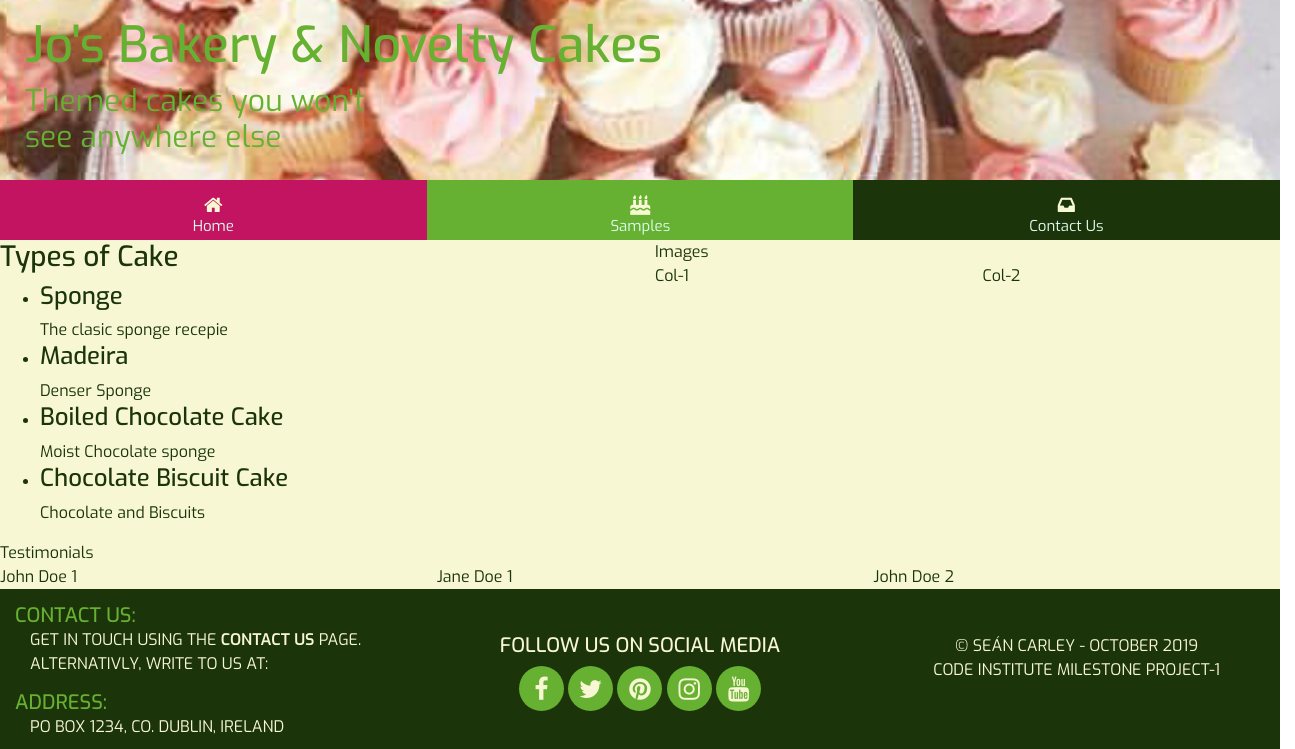
Repository: seanjcarley/Milestone1
Page: showcase.html
The author's editor kept a record of every edit. The page is drawn from the files as they stood at one moment, then again after the next edit.
The browser window is 1280 px wide. The page is 1295 px wide, so the pictures cover 1295 px, including what lies to the right of the window. The pictures show the whole page.

Above is the page before.

### showcase.html
<!DOCTYPE html>
<html lang="en">

<head>
    <meta charset="UTF-8">
    <meta name="viewport" content="width=device-width, initial-scale=1.0">
    <meta http-equiv="X-UA-Compatible" content="ie=edge">
    <link rel="stylesheet" href="https://stackpath.bootstrapcdn.com/bootstrap/4.3.1/css/bootstrap.min.css" type="text/css" />
    <link rel="stylesheet" href="https://stackpath.bootstrapcdn.com/font-awesome/4.7.0/css/font-awesome.min.css" type="text/css">
    <link rel="stylesheet" href="https://cdnjs.cloudflare.com/ajax/libs/hover.css/2.3.1/css/hover-min.css" type="text/css">
    <link rel="stylesheet" href="css/style.css">
    <title>Jo's Bakery and Novelty Cakes</title>
</head>

<body>
    <header class="cake-image">
        <div class="row no-gutters">
            <div class="col page-header">
                <h1 class="name caps">Jo's Bakery & Novelty Cakes</h1>
                <h2 class="tag-line caps">Themed cakes you won’t<br/>see anywhere else</h2>
            </div>
        </div>
        <div class="row no-gutters">
            <div class="col">
                <ul id="nav" class="list-inline menucontainer">
                    <li class="col col-sm-4 menu-item-color-home list-inline-item menuitem">
                        <a class="hvr-sweep-to-right" href="index.html"><i class="fa fa-home" aria-hidden="true"></i><span>Home</span></a>
                    </li>
                    <li class="col col-sm-4 menu-item-color-samples list-inline-item menuitem">
                        <a class="hvr-sweep-to-right" href="showcase.html"><i class="fa fa-birthday-cake" aria-hidden="true"></i><span>Samples</span></a>
                    </li>
                    <li class="col col-sm-4 menu-item-color-contact list-inline-item menuitem">
                        <a class="hvr-sweep-to-right" href="contact.html"><i class="fa fa-inbox" aria-hidden="true"></i><span>Contact Us</span></a>
                    </li>
                </ul>
            </div>
        </div>
    </header>
    <section class="section-color">
        <div class="row">
            <div class="col-md-6 cake-types">
                <h3>Types of Cake</h3>
                <ul>
                    <li>
                        <h4>Sponge</h4>
                        The clasic sponge recepie
                    </li>
                    <li>
                        <h4>Madeira</h4>
                        Denser Sponge
                    </li>
                    <li>
                        <h4>Boiled Chocolate Cake</h4>
                        Moist Chocolate sponge
                    </li>
                    <li>
                        <h4>Chocolate Biscuit Cake</h4>
                        Chocolate and Biscuits
                    </li>
                </ul>
            </div>
            <div class="col-md-6">
                <div class="row">
                    <div class="col">Images</div>
                </div>
                <div class="row">
                    <div class="col-md-6">Col-1</div>
                    <div class="col-md-6">Col-2</div>
                </div>
            </div>
        </div>
        <div class="row">
            <div class="col">Testimonials</div>
        </div>
        <div class="row">
            <div class="col-md-4">
                John Doe 1
            </div>
            <div class="col-md-4">
                Jane Doe 1
            </div>
            <div class="col-md-4">
                John Doe 2
            </div>
        </div>
    </section>
    <footer class="footer-color">
        <div class="row">
            <div class="col-md-4">
                <!--<h1>FOOTER1</h1>-->
                <h5 class="footer-h5 uppercase">Contact us: </h5>
                <p class="footer-text uppercase">Get in touch using the <a href="contact.html"><span class="bold">Contact us</span></a> page. Alternativly, write to us at:</p>
                <h5 class="footer-h5 uppercase">Address: </h5>
                <p class="footer-address uppercase">
                    PO Box 1234,
                    <!--<br/>-->
                    Co. Dublin,
                    <!--<br/>-->
                    Ireland
                </p>
            </div>
            <div class="col-md-4 social">
                <!--<h1>FOOTER2</h1>-->
                <h5 class="uppercase">Follow us on Social Media</h5>
                <ul class="list-inline social-icons">
                    <li class="list-inline-item socialitem">
                        <a target="_blank" href="#">
                            <i class="fa fa-facebook" aria-hidden="true"></i>
                            <span class="sr-only">Facebook</span> <!-- This will be read by a screen reader. It does not show on the page -->
                        </a>
                    </li>
                    <li class="list-inline-item socialitem">
                        <a target="_blank" href="#">
                            <i class="fa fa-twitter" aria-hidden="true"></i>
                            <span class="sr-only">Twitter</span> <!-- This will be read by a screen reader. It does not show on the page -->
                        </a>
                    </li>
                    <!--<li class="list-inline-item socialitem">
                        <a target="_blank" href="#">
                            <i class="fa fa-linkedin" aria-hidden="true"></i>
                            <span class="sr-only">LinkedIn</span>
                        </a>
                    </li>-->
                    <li class="list-inline-item socialitem">
                        <a target="_blank" href="#">
                            <i class="fa fa-pinterest" aria-hidden="true"></i>
                            <span class="sr-only">Pinterest</span> <!-- This will be read by a screen reader. It does not show on the page -->
                        </a>
                    </li>
                    <li class="list-inline-item socialitem">
                        <a target="_blank" href="#">
                            <i class="fa fa-instagram" aria-hidden="true"></i>
                            <span class="sr-only">Instagram</span> <!-- This will be read by a screen reader. It does not show on the page -->
                        </a>
                    </li>
                    <li class="list-inline-item socialitem">
                        <a target="_blank" href="#">
                            <i class="fa fa-youtube" aria-hidden="true"></i>
                            <span class="sr-only">YouTube</span> <!-- This will be read by a screen reader. It does not show on the page -->
                        </a>
                    </li>
                </ul>
            </div>
            <div class="col-md-4 copyrite uppercase">
                <!--<h1>FOOTER3</h1>-->
                &copy; Seán Carley - October 2019
                <br/> Code Institute Milestone Project-1
            </div>
        </div>
    </footer>
</body>

</html>

### css/style.css
@import url('https://fonts.googleapis.com/css?family=Roboto:100,200,300,400,500,600,700|Exo:100,200,300,400,500,600,700');

/*----------------------------------------------------------------------------*/
/* Colours */
/*----------------------------------------------------------------------------*/

.menu-item-color-home {
    background-color: #C21460;
    color: #F7F7D4;
}

.menu-item-color-samples {
    background-color: #66B032;
    color: #F7F7D4;
}

.menu-item-color-contact {
    background-color: #1B3409;
    color: #F7F7D4;
}

.section-color {
    background-color: #F7F7D4;
    color: #1B3409;
}

.side-section {
    padding-left: 15px;
    background-color: #66B032;
}

.footer-color {
    background-color: #1B3409;
    color: #F7F7D4;
}

/*----------------------------------------------------------------------------*/
/* Body */
/*----------------------------------------------------------------------------*/

body {
    margin: 0;
    font-family: "Exo", sans-serif;
}

/*----------------------------------------------------------------------------*/
/* Header */
/*----------------------------------------------------------------------------*/

header {
    margin: 20;
    background-color: #F7F7D4;
}

.cake-image {
    background: url("../images/banner.png");
    background-position: center;
    background-repeat: no-repeat;
    background-size: cover;
    -webkit-background-size: cover;
    -moz-background-size: cover;
    -o-background-size: cover;
}

.page-header {
    margin-top: 15px;
    margin-bottom: 17px;
}

.name {
    font-weight: 500;
    font-size: 50px;
    margin-left: 25px;
    color: #66B032;
}

.opaque-overlay {
    position: absolute;
    top: 0;
    left: 0;
    height: 100%;
    width: 100%;
    background-color: rgba(0,0,0,0.5);
}

.tag-line {
    font-weight: 400;
    font-size: 30px;
    margin-left: 25px;
    color: #66B032;
}

.logo {
    /*background: url("../images/20170906215546_1200x1200.png");*/
    background-position: center;
    background-repeat: no-repeat;
    background-size: cover;
    background-color: #1B3409;
    /*background-color: #fff;*/
    text-align: center;
    min-height: 240px;
    text-decoration: none;
    font-size: 45px;
    font-weight: 500;
    color: #C21460;
}

.list-inline-item:not(:last-child) {
    margin-right: 0;
}

.menucontainer {
    font-size: 0;
    position: static;
}

#nav li {
    font-size: 14px;
    padding: 0;
}

#nav {
    margin: 0;
}

.menuitem {
    height: 60px;
    text-align: center;
    padding: 0;
}

.menuitem a {
    width: 100%;
    text-decoration: none;
    color: #defdef;
    height: 100%;
}

.menuitem a i {
    padding-top: 15px;
    display: block;
    color: #F7F7D4;
    font-size: 20px;
}

.menuitem span {
    display: block;
    font-size: 15px;
}

.hvr-sweep-to-bottom:before,
.hvr-sweep-to-top:before,
.hvr-sweep-to-right:before {
    background: rgba(0, 0, 0, 0.2);
    height: 60px;
}

/*----------------------------------------------------------------------------*/
/* Index Section */
/*----------------------------------------------------------------------------*/

section {
    margin: 0;
}

.main-section {
    padding-left: 15px;
}

.origin {
    text-align: center;
    padding-top: 15px;
}

.section-txt {
    margin: 15px;
}

.section-txt a {
    text-decoration: none;
    color: #1B3409;
}

.section-txt a:hover {
    color: #C21460;
}

.question {
    text-align: center;
}

.side-section {

}

.side-section-menu {
    color: #F7F7D4;
}

/*----------------------------------------------------------------------------*/
/* Contact Section */
/*----------------------------------------------------------------------------*/

.form-heading {
    font-weight: 500;
    margin-top: 25px;
    /*margin-bottom: ;*/
    text-align: center;
}

.center-form {
    padding-top: 10px;
    margin: 0 auto;
    max-width: 60%;
    text-align: center;
}

button[type="submit"] {
    margin-top: 15px;
    margin-bottom: 20px;
    color: #F7F7D4;
    background-color: #1B3409;
}

button[type="submit"]:hover {
    color: #66B032;
    background-color: #C21460;
    font-weight: 300;
    transition: all 0.35s ease-in-out;
    -moz-transition: all 0.35s ease-in-out;
    -webkit-transition: all 0.35s ease-in-out;
    -o-transition: all 0.35s ease-in-out;
}

#name-field {
    background-color: #66B032;
    color: #F7F7D4;
}

#email-field {
    background-color: #66B032;
    color: #F7F7D4;
}

/* Trying to overe ride the color of the placeholder text on the form
#email-field:after {
    background-color: #66B032;
    color: #66B032;
}*/

#phone-field {
    background-color: #66B032;
    color: #F7F7D4;
}

#desc-field {
    background-color: #66B032;
    color: #F7F7D4;
}

#budget-field {
    background-color: #66B032;
    color: #F7F7D4;
}

/*----------------------------------------------------------------------------*/
/* Footer */
/*----------------------------------------------------------------------------*/

footer {
    margin: 0;
}

.footer-text {
    margin: 0;
    padding-left: 30px;
    padding-top: 0;
}

.footer-text a {
    text-decoration: none;
    color: #F7F7D4;
}

.footer-text a:hover {
    color: #66B032;
}

.footer-h5 {
    color: #66B032;
    margin: 0;
    padding-left: 15px;
    padding-top: 15px;
}

.footer-address {
    margin: 0;
    padding-left: 30px;
    padding-top: 0;
    padding-bottom: 10px;
}

.copyrite {
    text-align: center;
    margin-top: 45px;
    font-size: 100;
}

.social {
    text-align: center;
    margin-top: 45px;
}

/*.social-icons li a {

}*/

.social-icons li a i {
    width: 45px;
    height: 45px;
    padding: 6px 0;
    /*margin-top: 5px;*/
    border-radius: 50%;
    font-size: 25px;
    background-color: #66B032;
    color: #F7F7D4;
    text-align: center;
    line-height: 35px;
    transition: all 0.35s ease-in-out;
    -moz-transition: all 0.35s ease-in-out;
    -webkit-transition: all 0.35s ease-in-out;
    -o-transition: all 0.35s ease-in-out;
}

.social-icons li a i:hover {
    background-color: #C21460;
    color: #66B032;
}

.socialitem span {
    display: block;
    width: 100%;
    font-size: 35px;
}

.bold {
    font-weight: 600;
}

.uppercase {
    text-transform: uppercase;
}

/*----------------------------------------------------------------------------*/
/* Media Queries */
/*----------------------------------------------------------------------------*/

@media (max-width:767px) {
    body {
        min-width: 100%;
        font-family: "Roboto", sans-serif;
    }

    .logo {
        display: none;
    }

    .page-header {
        margin-top: 15px;
        margin-bottom: 10px;
        color: #F7F7D4;
    }

    .desktop {
        display: none;
    }

    .center-form {
        max-width: 85%;
    }
}

After the next edit:
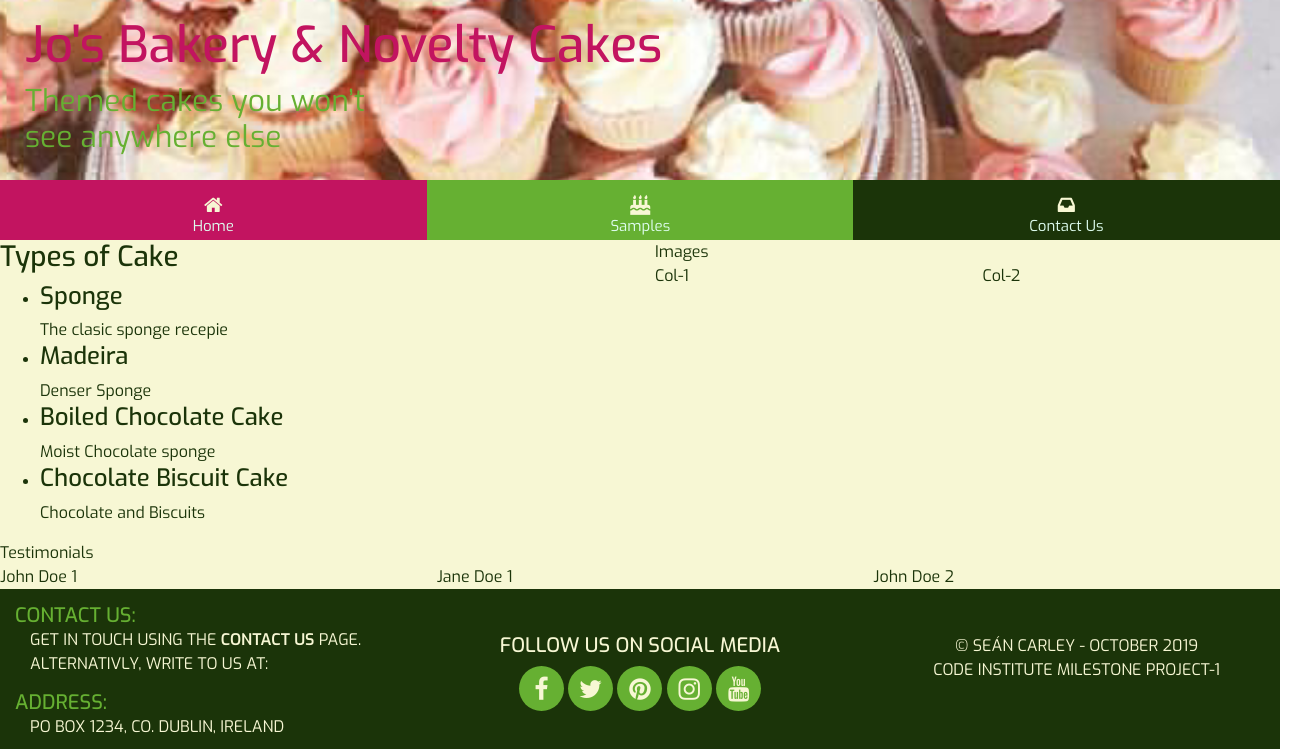
The edit:
--- a/css/style.css
+++ b/css/style.css
@@ -71,7 +71,7 @@
     font-weight: 500;
     font-size: 50px;
     margin-left: 25px;
-    color: #66B032;
+    color: #C21460;
 }
 
 .opaque-overlay {
